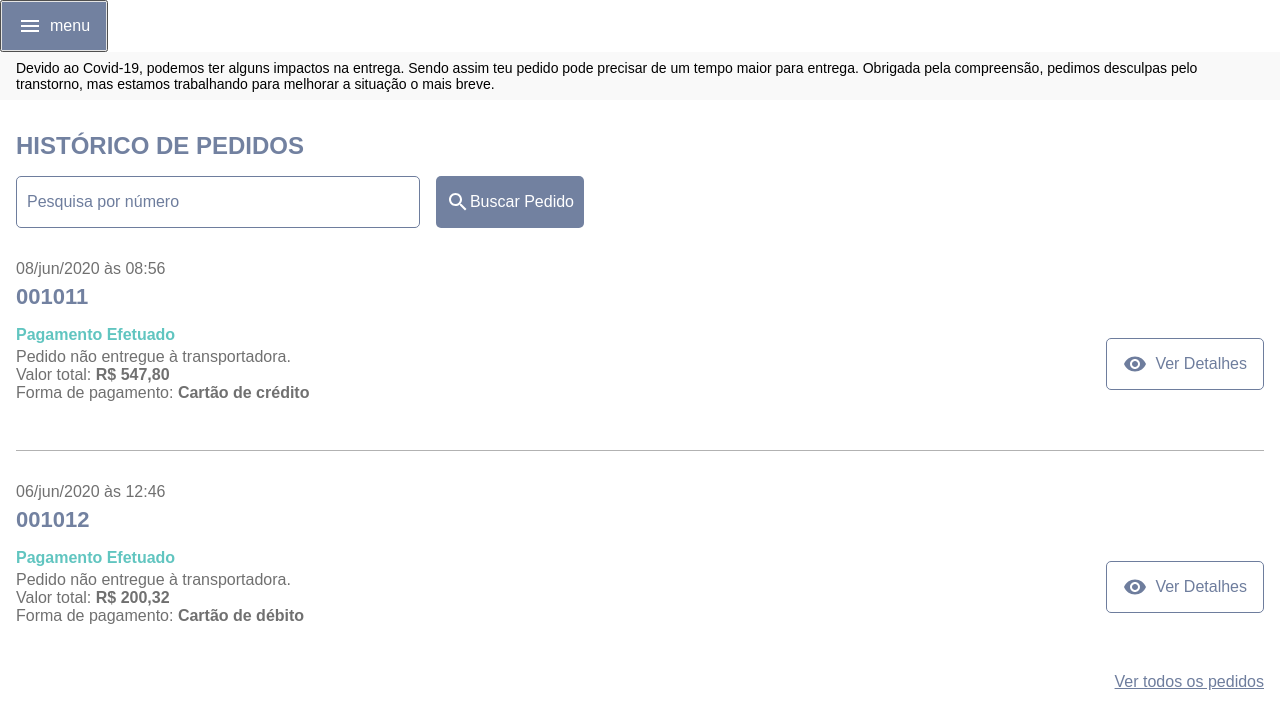
Repository: indiamarasiqueira/gestao-produto
Page: /
The author's editor kept a copy of each file at every save. The page is drawn from the files as they stood at one save, then again after the next save.
The browser window is 1280 px wide. The pictures show the whole page.
The project was rebuilt for these pictures with package versions that can differ from the ones it lists, and the page was loaded fresh each time. Also part of the build but not shown: src/pages/generic/style.js, src/pages/generic/index.js, src/components/ModalMenu/index.js.

Above is the page before, as saved 2020-07-07 10:39:16.

### src/global.js
import { createGlobalStyle } from "styled-components";

const GlobalStyle = createGlobalStyle`
    * {
        margin: 0;
        padding: 0;
        outline: 0;
        box-sizing: border-box;
    }
   html, body, #root {
    margin: 0;
    padding: 0;
    font-family: 'Montserrat', sans-serif;
    -webkit-font-smoothing: antialiased;
    -moz-osx-font-smoothing: grayscale;
    background-color: #ffffff;
    }
`;
export default GlobalStyle;

### src/routes.js
import React from "react";
import { BrowserRouter, Switch, Route } from "react-router-dom";

import GenericPage from "./pages/generic";
import AppMenu from "./components/AppMenu";
import OrderHistory from "./pages/orderHistory";
import HeaderTitle from "./components/HeaderTitle";
import AlertCovid from "./components/AlertCovid";

export default function Routes() {
  return (
    <BrowserRouter>
      <Switch>
        <Route path="*">
          <AppMenu />
          <AlertCovid />
          <Route path="/perfil" exact component={() => <GenericPage title="Meu Perfil" />} />
          <Route path="/localizacao" exact component={() => <GenericPage title="Meus endereços" />} />
          <Route path="/favoritos" exact component={() => <GenericPage title="Lista de favoritos" />} />
          <Route path={["/", "/pedidos"]} exact component={OrderHistory} />
        </Route>
      </Switch>
    </BrowserRouter>
  );
}

### src/components/AppMenu/index.js
import React, { useState } from "react";
import { useHistory } from "react-router-dom";

import MenuIcon from "@material-ui/icons/Menu";
import LockOpenIcon from "@material-ui/icons/LockOpen";
import HistoryIcon from "@material-ui/icons/History";
import RoomOutlinedIcon from "@material-ui/icons/RoomOutlined";
import FavoriteBorderIcon from "@material-ui/icons/FavoriteBorder";
import CloseIcon from "@material-ui/icons/Close";

import ModalMenu from '../ModalMenu/index';

import {
  MenuMain,
  Button,
  BoxIcon,
  MainMenu,
  UserInfo,
  UserInfoName,
  UserInfoEmail,
  MenuList,
  MenuListItem,
  MenuIconImage
} from "./style";

const AppMenu = () => {
  const history = useHistory();
  const [show, showModal] = useState(false);
  const navigate = (route) => {
    history.push(route);
    showModal(false);
  }

  return (
    <MenuMain>
      <Button onClick={() => showModal(!show)}>
        <BoxIcon>{show ? <CloseIcon /> : <MenuIcon />}</BoxIcon>
        menu
      </Button>
      <ModalMenu show={show}>
        <MainMenu>
          <UserInfo>
            <UserInfoName>Caroline Melinda W Effting</UserInfoName>
            <UserInfoEmail>effting.caroline@gmail.com</UserInfoEmail>
          </UserInfo>
          <MenuList>
            <MenuListItem onClick={() => navigate("/perfil")}>
              <MenuIconImage>
                <LockOpenIcon />
              </MenuIconImage>
              <span className="menu-label">meu perfil</span>
            </MenuListItem>
            <MenuListItem onClick={() => navigate("/pedidos")}>
              <MenuIconImage>
                <HistoryIcon />
              </MenuIconImage>
              <span className="menu-label">histórico de pedidos</span>
            </MenuListItem>
            <MenuListItem onClick={() => navigate("/localizacao")}>
              <MenuIconImage>
                <RoomOutlinedIcon />
              </MenuIconImage>
              <span className="menu-label">meus endereços</span>
            </MenuListItem>
            <MenuListItem onClick={() => navigate("/favoritos")}>
              <MenuIconImage>
                <FavoriteBorderIcon />
              </MenuIconImage>
              <span className="menu-label">lista de favoritos</span>
            </MenuListItem>
          </MenuList>
        </MainMenu>
      </ModalMenu>
    </MenuMain>
  );
};
export default AppMenu;

### src/pages/orderHistory/index.js
import React, { Fragment, useState } from "react";

import BoxSearch from "../../components/BoxSearch/index";
import HeaderTitle from "../../components/HeaderTitle";
import Order from "../../components/Order/index";

const OrderHistory = () => {
  const [value, setValue] = useState('');
  const [query, setQuery] = useState('');
  const handleChange = (e) => setValue(e.target.value);

  const handleSubmit = (e) => {
    e.preventDefault();
    setQuery(value);
  }

  return (
    <Fragment>
      <HeaderTitle>HISTÓRICO DE PEDIDOS</HeaderTitle>
      <BoxSearch value={value} handleChange={handleChange} handleSubmit={handleSubmit} />
      <Order query={query} />
    </Fragment>
  );
};
export default OrderHistory;

### src/components/HeaderTitle/index.js
import React from "react";

import { Title } from "./style";

const HeaderTitle = (props) => {
  return <Title>{props.children}</Title>;
};
export default HeaderTitle;

### src/components/AlertCovid/index.js
import React from "react";

import { Alert } from './style';

const AlertCovid = () => {
  return (
    <Alert>
      Devido ao Covid-19, podemos ter alguns impactos na entrega. Sendo assim teu pedido pode precisar de um tempo maior
      para entrega. Obrigada pela compreensão, pedimos desculpas pelo transtorno, mas estamos trabalhando para melhorar
      a situação o mais breve.
    </Alert>
  );
};
export default AlertCovid;

### src/components/AppMenu/style.js
import styled from "styled-components";

export const MenuMain = styled.button`

  @media all and (min-width: 600px){
    display: grid;
    grid-template-rows: 1fr;
    height: 100%;
  }
`;
export const Button = styled.button`
  display: flex;
  align-items: center;
  justify-content: start;
  padding: 12px 16px;
  border: none;
  background: #7281A0;
  width: 100%;
  color: #ffffff;
  font-size: 16px;
  transition: all 0.2s ease-out;
  height: 48px;

  :hover{
    color: #7281A0;
    background: #F4F4F4;
  }
`;
export const BoxIcon = styled.div`
  display: inline-block;
  margin-right: 8px;
  height: 24px;
`;
export const MainMenu = styled.div`
  color: #717171;
  padding: 0 16px;
  border-bottom: 1px solid rgba(0, 0, 0, 0.3);
  position: fixed;
  top: 48px;
  left: 0;
  right: 0;
  bottom: 0;
  background: #fff;
`;

// User
export const UserInfo = styled.div`
  padding: 16px 0;
`;
export const UserInfoName = styled.p`
  margin-bottom: 8px;
`;
export const UserInfoEmail = styled.p``;
// Menu
export const MenuList = styled.nav``;

export const MenuListItem = styled.a`
  display: flex;
  align-items: center;
  padding: 16px 0;
  border-top: 1px solid rgba(0, 0, 0, 0.3);

  :hover{
    color: #707070;
    background: #F4F4F4;
  }
`;
export const MenuIconImage = styled.i`
  padding-left: 4px;
  padding-right: 16px;
`;

### src/components/BoxSearch/index.js
import React from "react";

import { Box, InputText, ButtonSearch } from "./style";
import SearchIcon from "@material-ui/icons/Search";

const BoxSearch = (props) => {
  return (
    <Box onSubmit={props.handleSubmit}>
      <InputText
        type="number"
        placeholder="Pesquisa por número"
        value={props.value}
        onChange={props.handleChange}
      />
      <ButtonSearch type="submit">
        <SearchIcon />
        <span className="search-text">Buscar Pedido</span>
      </ButtonSearch>
    </Box>
  );
};
export default BoxSearch;

### src/components/Order/index.js
import React, { useState } from "react";

import VisibilityIcon from "@material-ui/icons/Visibility";
import orderData from '../../db.json'

import {
  Empty,
  OrderList,
  OrderListItem,
  OrderDate,
  OrderId,
  OrderBox,
  OrderInfo,
  OrderStatus,
  ButtonOutline,
  OrderAll,
} from "./style";

const findOrder = (detail, query) => {
  const list = orderData.data;

  if (query){
    const regex = new RegExp(query);

    return list.filter(item => regex.test(item.id))
  }

  return detail ? orderData.data : orderData.data.slice(0, 2);
}


const Order = ({query}) => {
  const [detail, setDetail] = useState(false);
  const list = findOrder(detail, query)

  if (!list.length) {
    return <Empty>nenhum pedido encontrado :(</Empty>
  }

  return (
    <OrderList>
      {list.map((item, key) => (
        <OrderListItem key={key}>
          <OrderDate>{item.date}</OrderDate>
          <OrderId>{item.id}</OrderId>
          <OrderBox>
            <OrderInfo>
              <OrderStatus>{item.title}</OrderStatus>
              <p>
                {item.description}
                <br />
                Valor total: <b>R$ {item.price} </b>
                <br />
                Forma de pagamento: <b>{item.payment}</b>
              </p>
            </OrderInfo>
            <ButtonOutline>
              <VisibilityIcon />
              Ver Detalhes
            </ButtonOutline>
          </OrderBox>
        </OrderListItem>
      ))}
      {!detail && <OrderAll onClick={setDetail}>Ver todos os pedidos</OrderAll>}
    </OrderList>
  );
};
export default Order;

### src/components/HeaderTitle/style.js
import styled from "styled-components";

export const Title = styled.h1`
  color: #7281a0;
  padding: 16px;
  margin-top: 16px;
  font-weight: bold;
  font-size: 24px;
`;

### src/components/AlertCovid/style.js
import styled from "styled-components";


// Main Page
export const Alert = styled.div`
  background: #f9f9f9;
  padding: 8px 16px;
  font-size: 14px;
`;

### src/components/BoxSearch/style.js
import styled from "styled-components";

export const Box = styled.form`
  padding: 0 16px;
  display: flex;
  align-items: center;
  justify-content: space-between;
  max-width: 600px;

`;
export const InputText = styled.input`
  flex: 1;
  color: #7281a0;
  height: 52px;
  border-radius: 5px;
  border: 1px solid #6e7d9d;
  font-size: 16px;
  padding-left: 10px;

  ::placeholder {
    color: #6e7d9d;
  }
`;
export const ButtonSearch = styled.button`
  background: #7281a0;
  border-radius: 5px;
  height: 52px;
  border: none;
  margin-left: 16px;
  padding: 10px;
  color: #ffffff;
  font-size: 16px;
  display: flex;
  align-items: center;
  justify-content: center;

  @media all and (max-width: 600px){
    .search-text{
      display: none;
    }
  }
`;

### src/db.json
{
  "data": [
    {
      "id": "001011",
      "date": "08/jun/2020 às 08:56",
      "title": "Pagamento Efetuado",
      "description": "Pedido não entregue à transportadora.",
      "price": "547,80",
      "payment": "Cartão de crédito"

    },
    {
      "id": "001012",
      "date": "06/jun/2020 às 12:46",
      "title": "Pagamento Efetuado",
      "description": "Pedido não entregue à transportadora.",
      "price": "200,32",
      "payment": "Cartão de débito"
    },
    {
      "id": "001013",
      "date": "04/jun/2020 às 09:30",
      "title": "Pagamento Efetuado",
      "description": "Pedido não entregue à transportadora.",
      "price": "150,60",
      "payment": "Cartão de crédito"
    },
    {
      "id": "001014",
      "date": "29/mai/2020 às 17:30",
      "title": "Pagamento Efetuado",
      "description": "Pedido não entregue à transportadora.",
      "price": "83,58",
      "payment": "Cartão de débito"
    }
  ]

}

### src/components/Order/style.js
import styled from "styled-components";

export const Empty = styled.div`
  padding: 16px;
  color: #ccc;
  text-align: center;
`;
export const OrderList = styled.div`
  padding: 0 16px;
`;
export const OrderListItem = styled.div`
  padding: 32px 0;
  border-top: 1px solid rgba(0, 0, 0, 0.3);

  &:first-of-type {
    border-top-width: 0;
  }


`;
export const OrderDate = styled.p`
  color: #707070;
  font-size: 16px;
`;
export const OrderId = styled.p`
  padding-top: 6px;
  color: #7281a0;
  font-size: 22px;
  font-weight: bold;
`;
export const OrderBox = styled.div`

  @media all and (min-width: 600px){
    display: flex;
    align-items: center;
  }
`;
export const OrderInfo = styled.div`
  flex: 1;
  margin: 16px 0;
  color: #707070;

`;
export const OrderStatus = styled.p`
  color: #61c5c0;
  margin-bottom: 4px;
  font-weight: bold;
`;
export const ButtonOutline = styled.div`
  border-radius: 5px;
  border: 1px solid #6e7d9d;
  height: 52px;
  display: flex;
  align-items: center;
  justify-content: center;
  color: #6e7d9d;
  padding: 8px 16px;

  svg {
    margin-right: 8px;
  }
`;
export const OrderAll = styled.button`
  color: #6E7D9D;
  margin-bottom: 32px;
  background: none;
  border: none;
  text-decoration: underline;
  width: 100%;
  display: flex;
  align-items: center;
  justify-content: flex-end;
  font-size: 16px;
`;

Loaded but not shown: public/index.html (common file); src/index.js (common file)

After the next save:
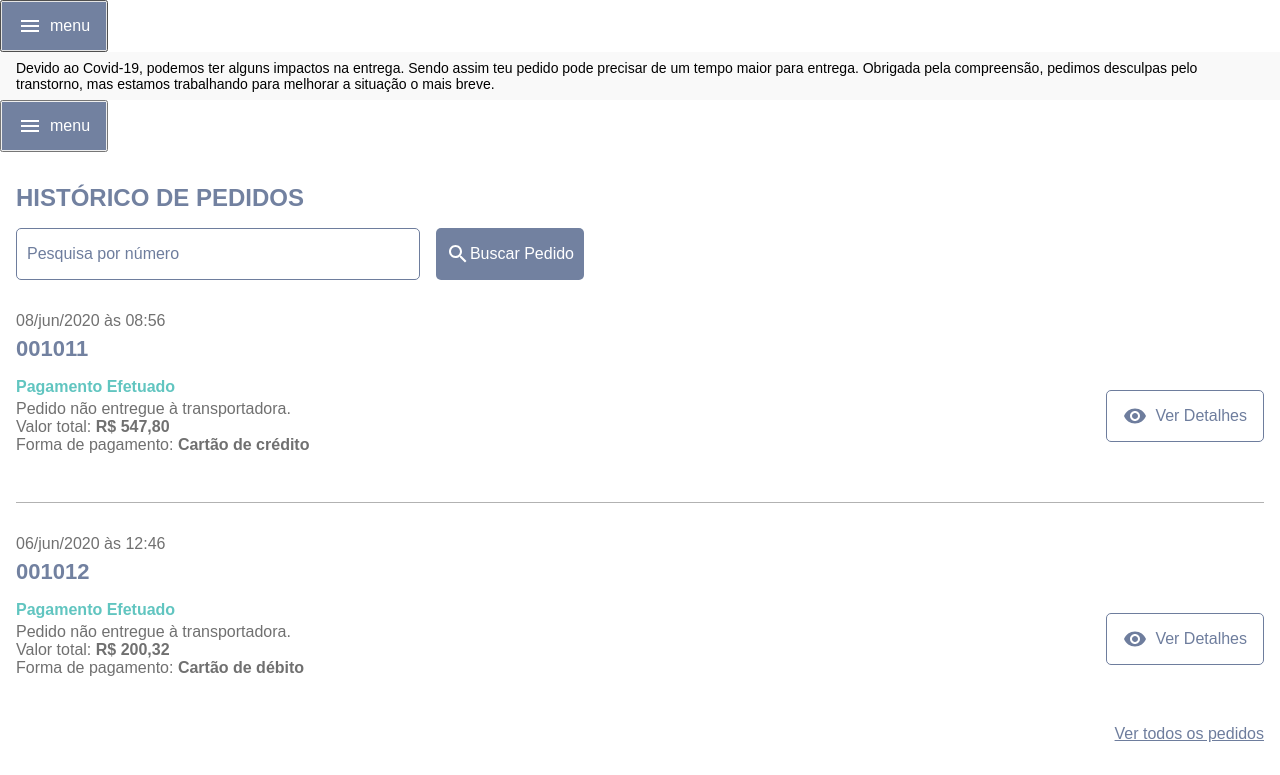
Saved 71 s later.
--- a/src/pages/orderHistory/index.js
+++ b/src/pages/orderHistory/index.js
@@ -1,5 +1,6 @@
 import React, { Fragment, useState } from "react";
 
+import AppMenu from "../../components/AppMenu";
 import BoxSearch from "../../components/BoxSearch/index";
 import HeaderTitle from "../../components/HeaderTitle";
 import Order from "../../components/Order/index";
@@ -16,6 +17,7 @@ const OrderHistory = () => {
 
   return (
     <Fragment>
+      <AppMenu />
       <HeaderTitle>HISTÓRICO DE PEDIDOS</HeaderTitle>
       <BoxSearch value={value} handleChange={handleChange} handleSubmit={handleSubmit} />
       <Order query={query} />
